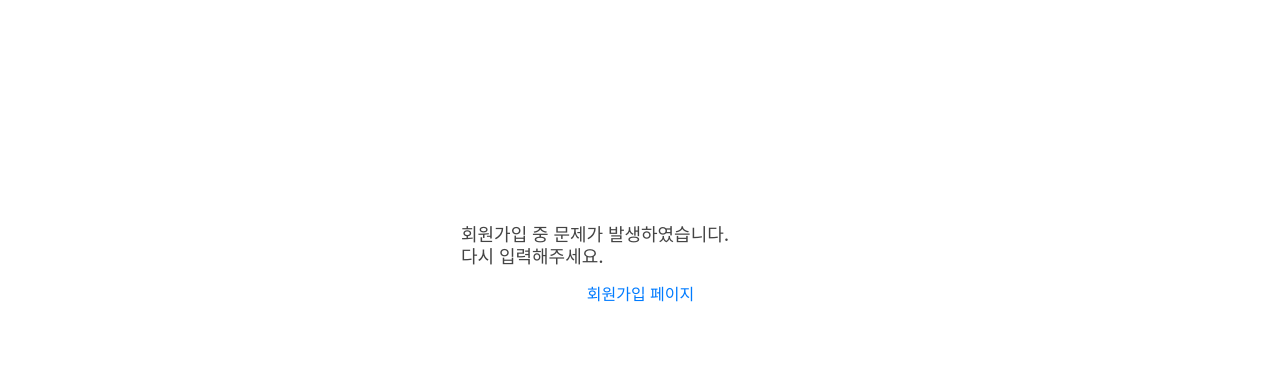
Repository: Jungsol/Servlet_JSP_study
Page: http://localhost/JSP/ex14Join/joinFalse.jsp
An editor plug-in stored every save of this project. The page is shown before and after the next save, followed by the edit.
The browser window is 1280 px wide. The pictures show the whole page.
Some web libraries are served in a nearby version. The page is served by Tomcat 9.

Above is the page before, as saved 2023-06-19 10:46:05.
Console error: TypeError: Cannot read properties of undefined (reading 'fn')

After the next save:
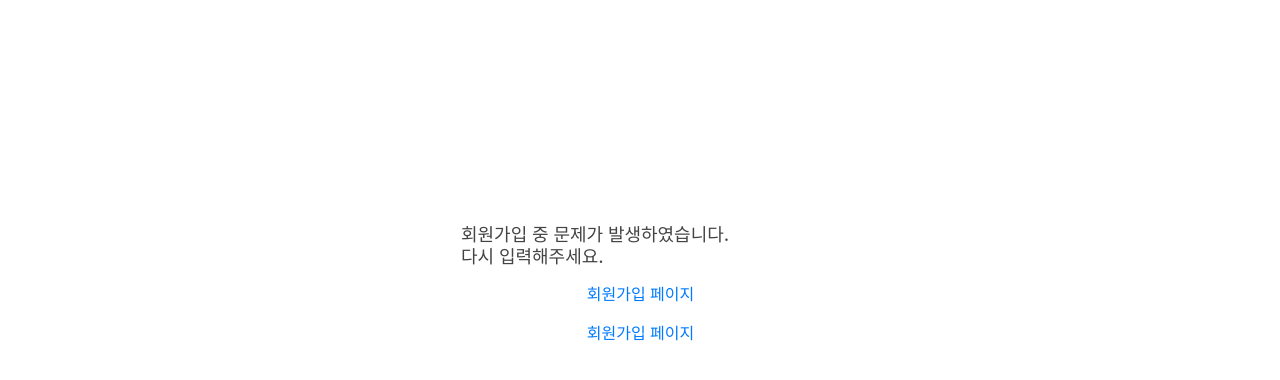
Saved 56 s later.
--- a/JSP/src/main/webapp/ex14Join/joinFalse.jsp
+++ b/JSP/src/main/webapp/ex14Join/joinFalse.jsp
@@ -19,8 +19,10 @@
 				    	회원가입 중 문제가 발생하였습니다.<br>
 				    	다시 입력해주세요.
 				    </h2>
+				    <!-- login.html으로 이동하는 하이퍼링크를 만드시오.. -->
+				    <a href="../ex13Login/login.html">회원가입 페이지</a>
 				    <!-- join.html으로 이동하는 하이퍼링크를 만드시오.. -->
-				    <a href="../ex13Login/login.html">회원가입 페이지</a>
+				    <a href="join.html">회원가입 페이지</a>
 			    </div>
 			</div>
 	</div>
